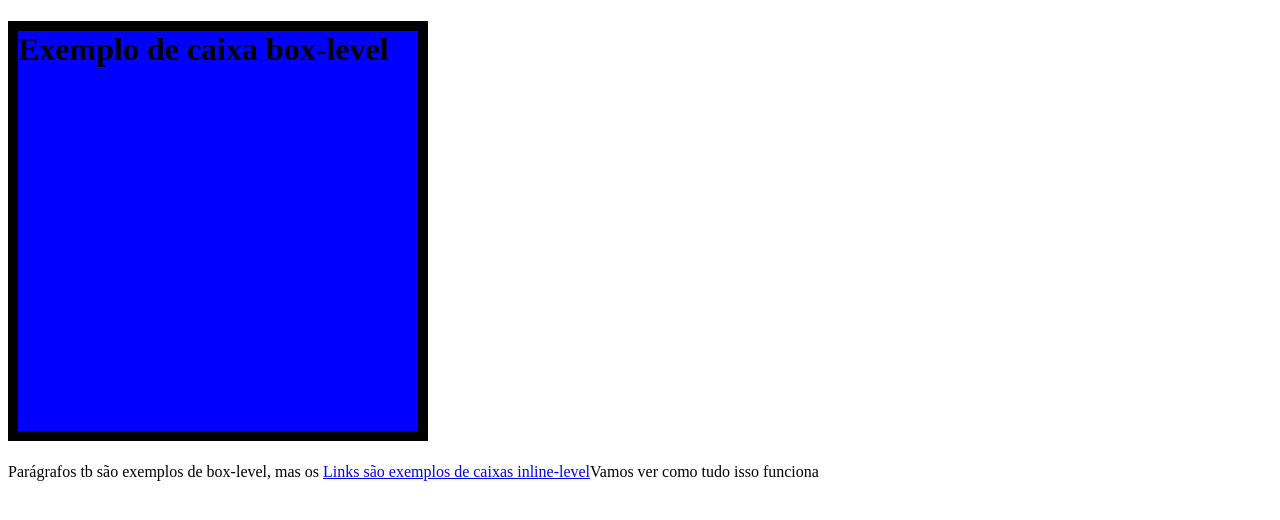
Repository: DorivalJunior14/exercicios
Page: ex.caixas.html/ex.caixas.html
The author's editor kept a copy of each file at every save. The page is drawn from the files as they stood at one save, then again after the next save.
The browser window is 1280 px wide. The pictures show the whole page.

Above is the page before, as saved 2021-05-12 16:21:06.

After the next save:
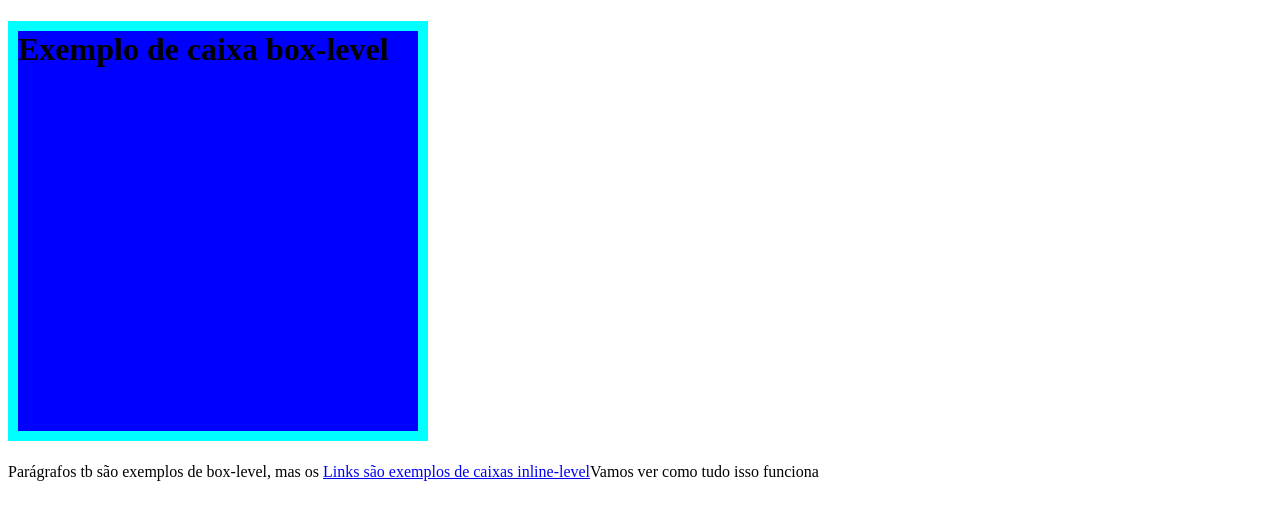
Saved 4 s later.
--- a/ex.caixas.html/ex.caixas.html
+++ b/ex.caixas.html/ex.caixas.html
@@ -11,7 +11,7 @@
             width: 400px;
             border-width: 10px;
             border-style: solid;
-            border-color: ;
+            border-color: aqua;
 
         }
     </style>
